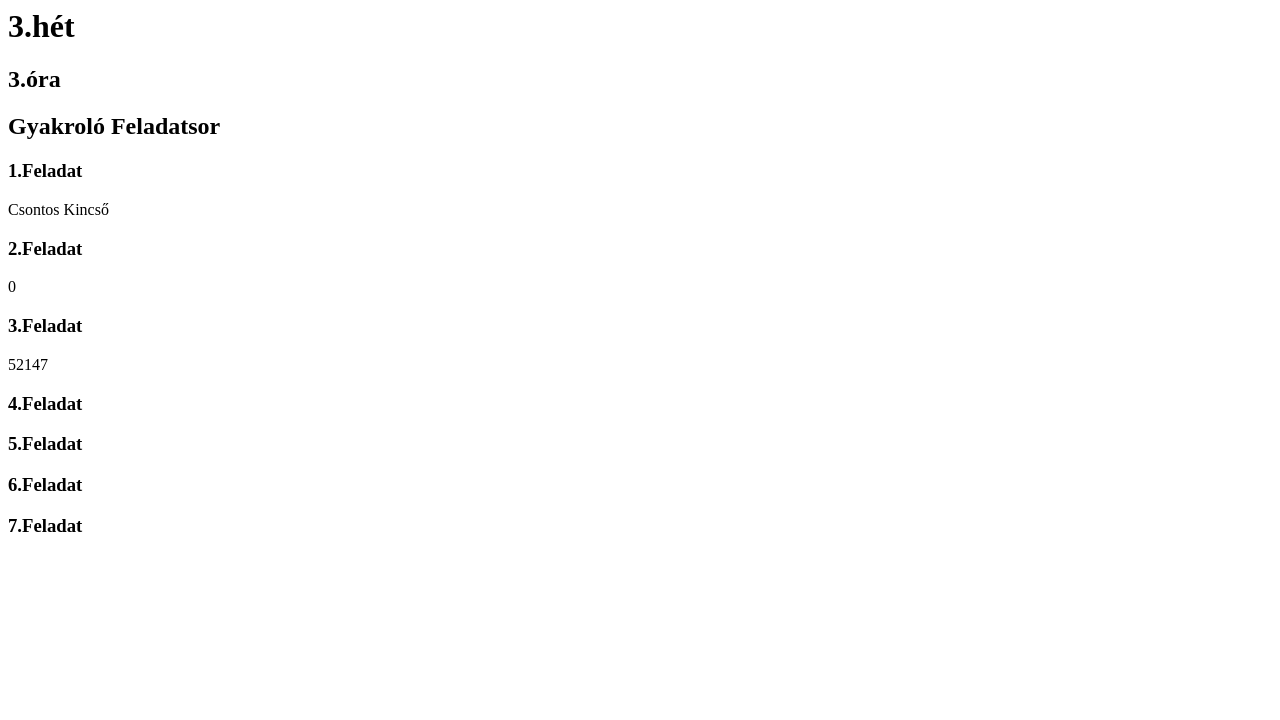
Repository: doomhyena/htdocs
Page: http://localhost/03.Week/feladat.php
An editor plug-in stored every save of this project. The page is shown before and after the next save, followed by the edit.
The browser window is 1280 px wide. The pictures show the whole page.
The page is run by PHP 8.4 with error messages shown; the project is at /var/www/html/.

Above is the page before, as saved 2024-09-20 12:23:36.

After the next save:
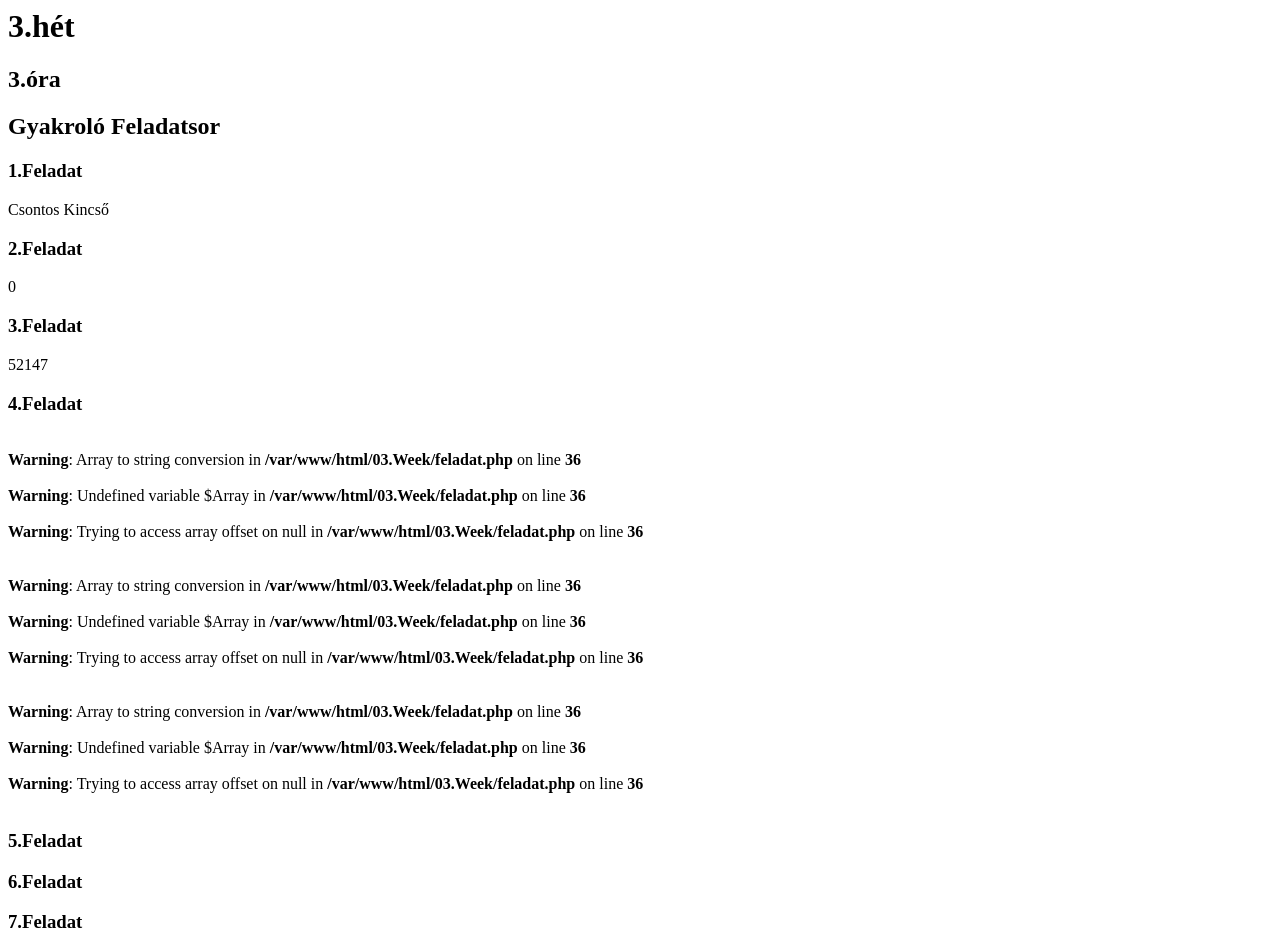
Saved 2 min 7 s later.
--- a/03.Week/feladat.php
+++ b/03.Week/feladat.php
@@ -33,7 +33,7 @@ echo "<h3>4.Feladat</h3>";
 $list = array("András", "Béla", "Cecília");
 
 for ($i = 0; $i < count($list); $i++) {
-    // kód
+    echo $$list[$i] . "<br>";
 }
 
 
